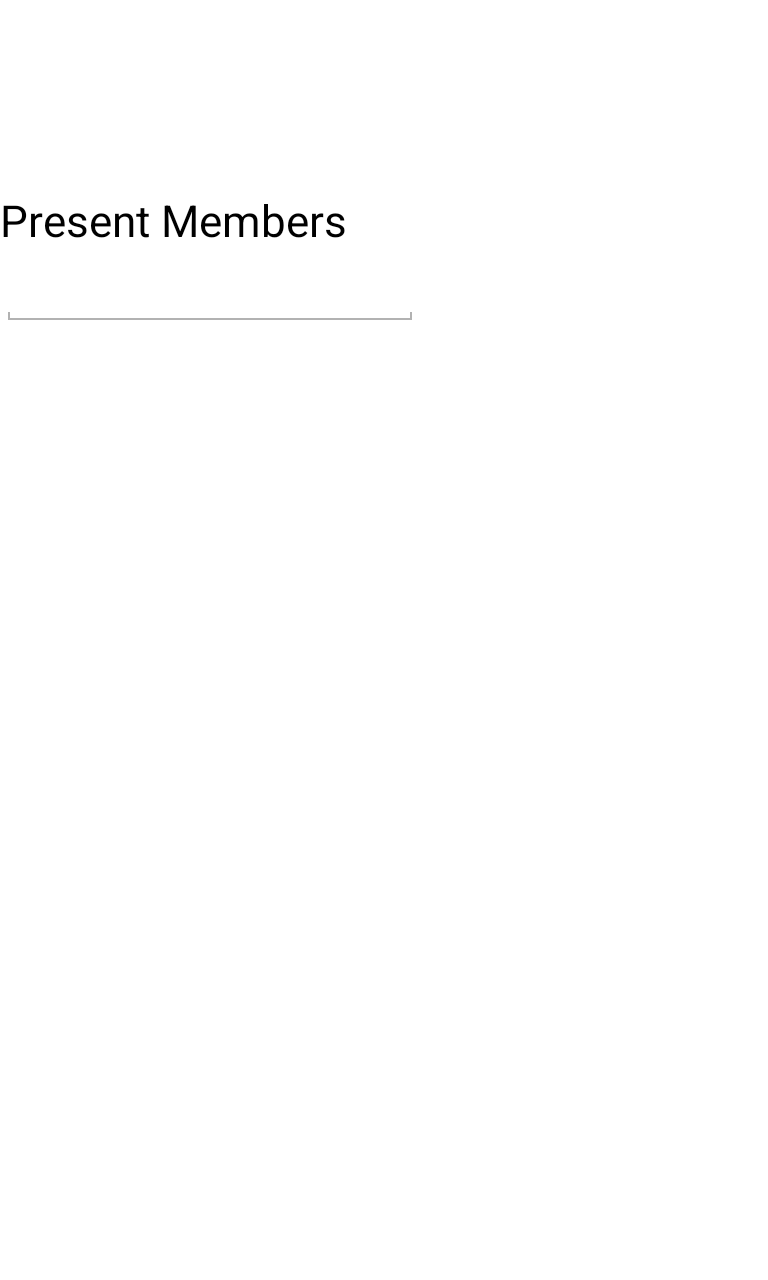
Repository: MarcoRieger/sw14_free_04_new
Layout: RWDMember/res/layout/fragment_statistic.xml
The author's editor kept a copy of each file at every save. The layout is drawn from the files as they stood at one save, then again after the next save.
It is drawn on a 768 x 1280 px phone screen (xhdpi) without system bars, with theme AppTheme; the app's code is not run.

Above is the layout before, as saved 2014-06-17 13:04:51.

After the next save:
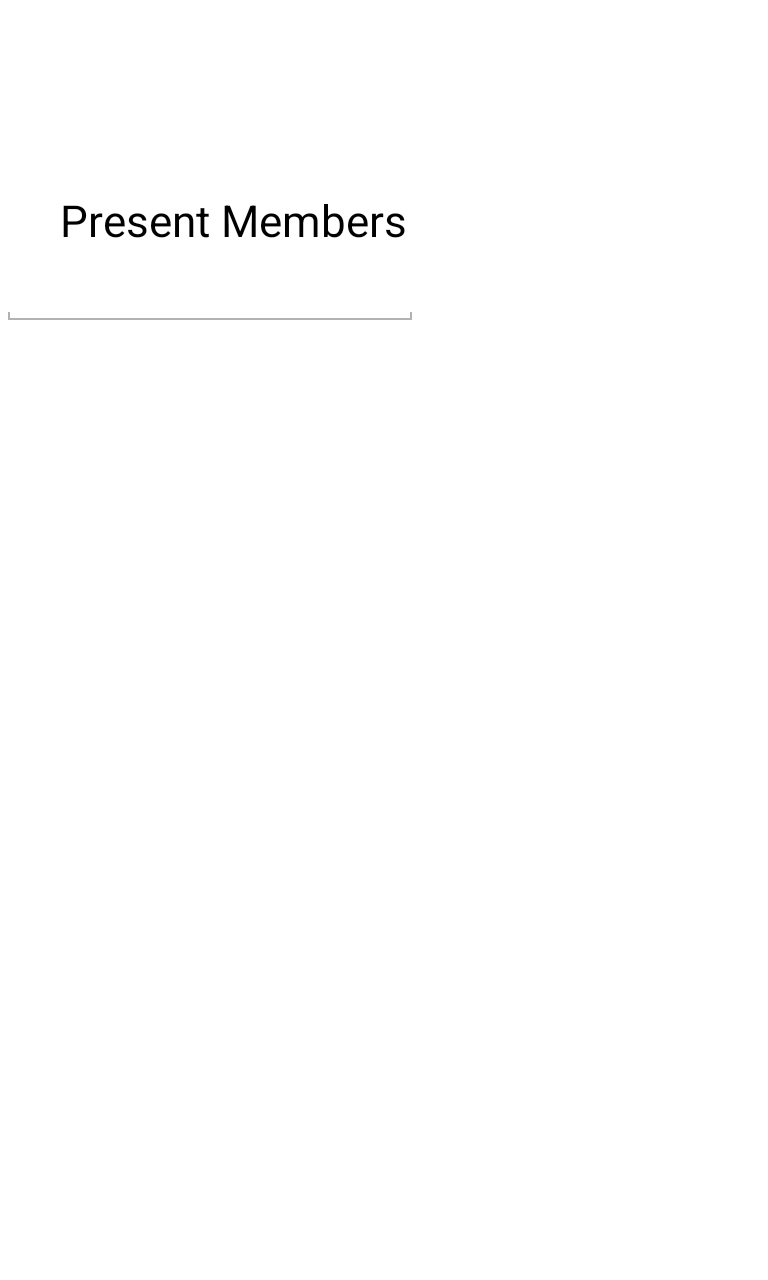
Saved 18 s later.
--- a/RWDMember/res/layout/fragment_statistic.xml
+++ b/RWDMember/res/layout/fragment_statistic.xml
@@ -9,6 +9,7 @@
         android:layout_width="wrap_content"
         android:layout_height="wrap_content"
         android:layout_marginTop="95dp"
+        android:layout_marginLeft="30"
         android:text="Present Members"
         android:textAppearance="?android:attr/textAppearanceLarge" />
 
